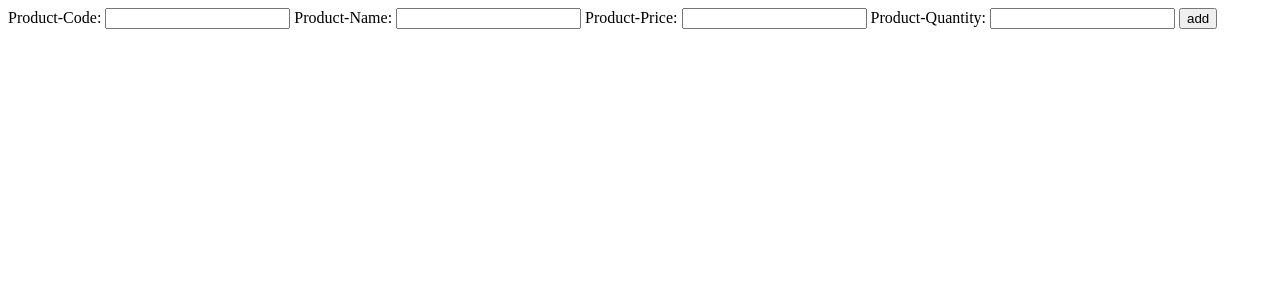
Repository: mdshoaib1366/Parking_Lot
Page: Sarvlet_Project/HTTP_SESSION/src/main/webapp/WEB-INF/product.html
The author's editor kept a copy of each file at every save. The page is drawn from the files as they stood at one save, then again after the next save.
The browser window is 1280 px wide. The pictures show the whole page.

Above is the page before, as saved 2024-07-26 09:43:56.

After the next save:
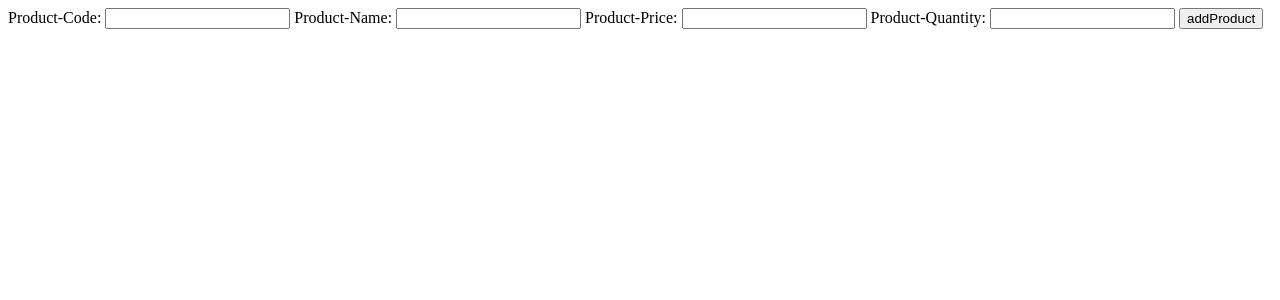
Saved 14 s later.
--- a/Sarvlet_Project/HTTP_SESSION/src/main/webapp/WEB-INF/product.html
+++ b/Sarvlet_Project/HTTP_SESSION/src/main/webapp/WEB-INF/product.html
@@ -10,7 +10,7 @@
 		Product-Name: <input type="text" name="name">
 		Product-Price: <input type="text" name="price">
 		Product-Quantity: <input type="text" name="qty">
-		<input type="submit" value="add">
+		<input type="submit" value="addProduct">
 	</form>
 </body>
 </html>
